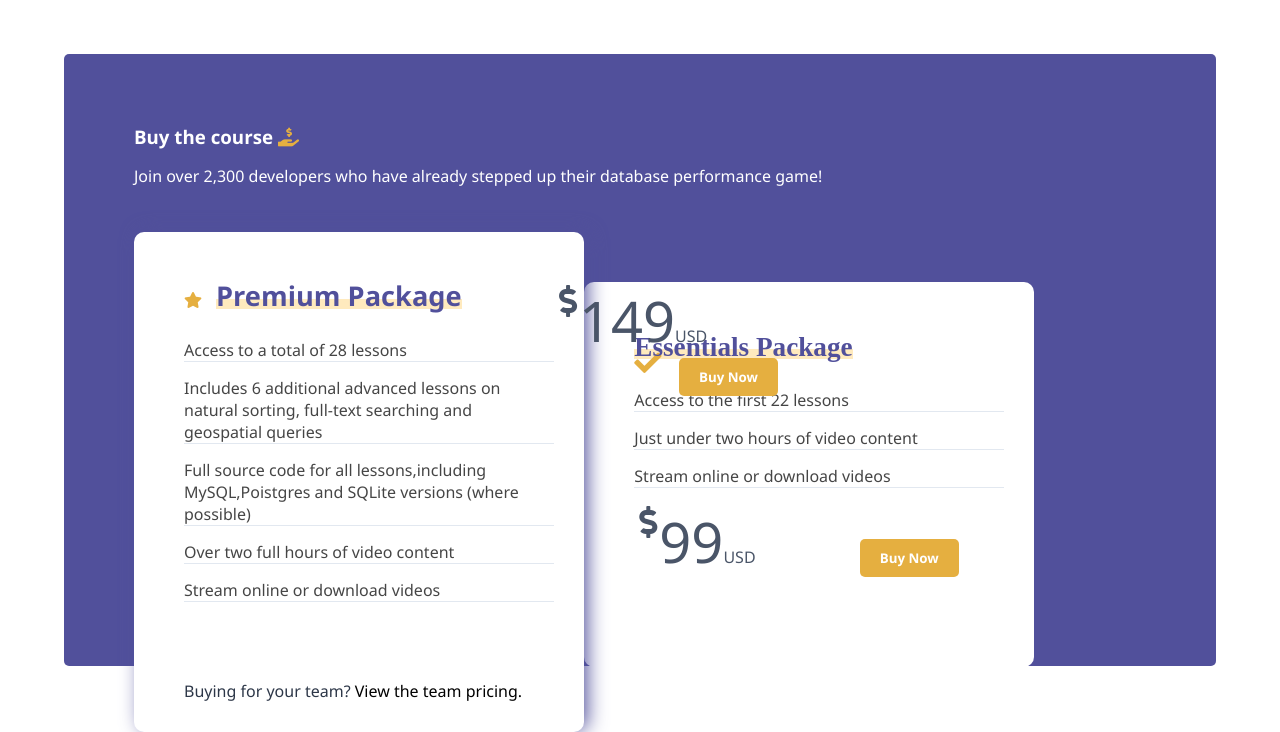
Repository: Z-ayat/Challenges
Page: Challenge 4/index.html
These files come from the project's save history. The page is drawn as it stood at one moment and after the next save; the edit follows.
The browser window is 1280 px wide. The pictures show the whole page.
Some web libraries are served in a nearby version.

Above is the page before, as saved 2021-09-07 03:02:38.

After the next save:
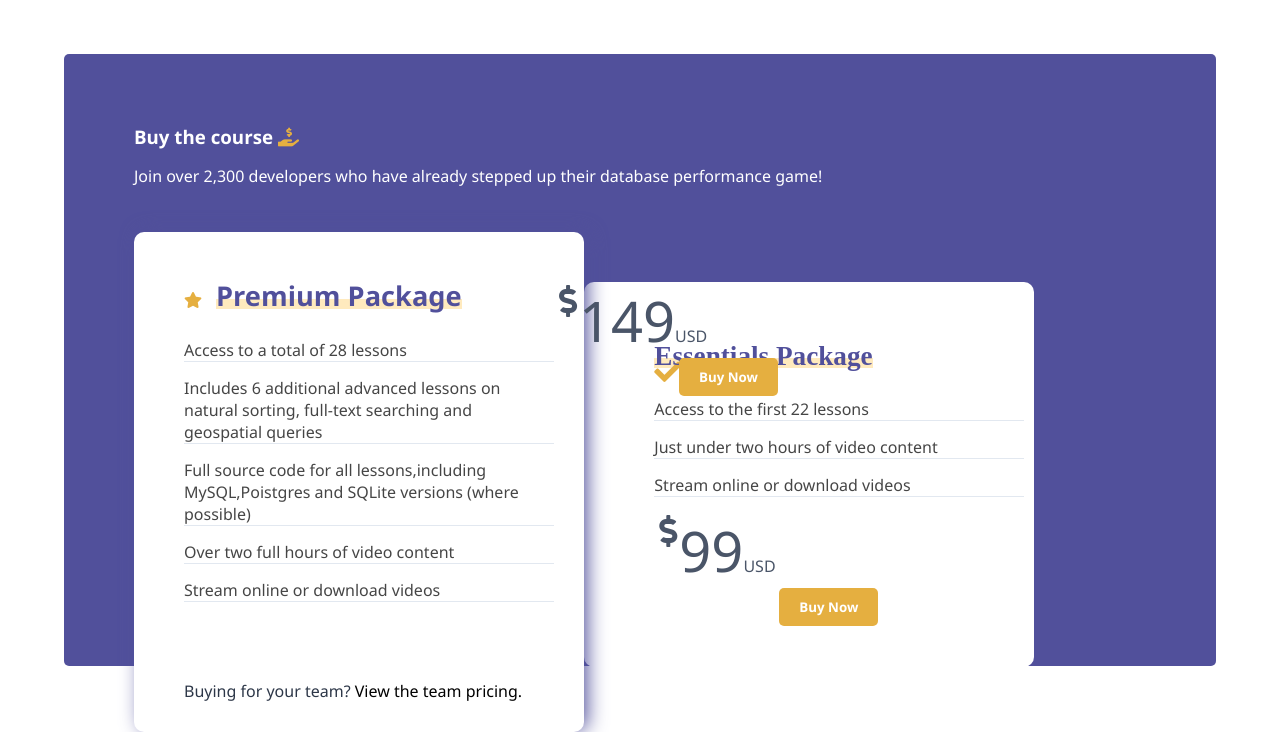
Saved 21 s later.
--- a/Challenge 4/styling/css/master.css
+++ b/Challenge 4/styling/css/master.css
@@ -99,8 +99,8 @@ body {
     background-color: #FFFFFF;
     height: 500px;
     width: 450px;
-    padding: 50px;
-    padding-left: 50px;
+    padding: 59px;
+    padding-left: 70px;
     border-radius: 10px;
     display: flex;
     flex-flow: wrap column;
